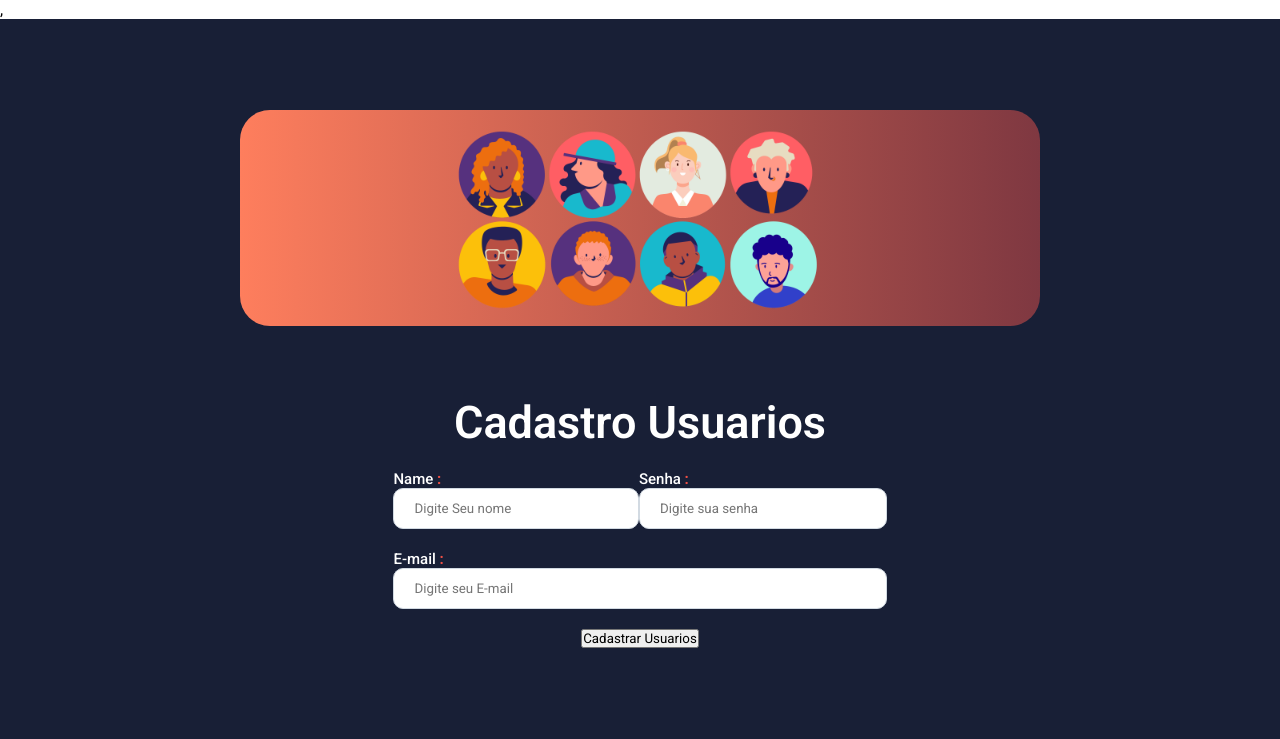
Repository: lcluizrj/meu-projeto-vscode
Page: / (app in cadastro-usuarios-devclub/)
These files come from the project's save history. The page is drawn as it stood at one moment and after a run of saves; the edit follows.
The browser window is 1280 px wide. The pictures show the whole page.
The project was rebuilt for these pictures with package versions that can differ from the ones it lists, and the page was loaded fresh each time. Also part of the build but not shown: cadastro-usuarios-devclub/vite.config.js.

Above is the page before, as saved 2026-08-15 17:27:30.

After the next 5 saves:
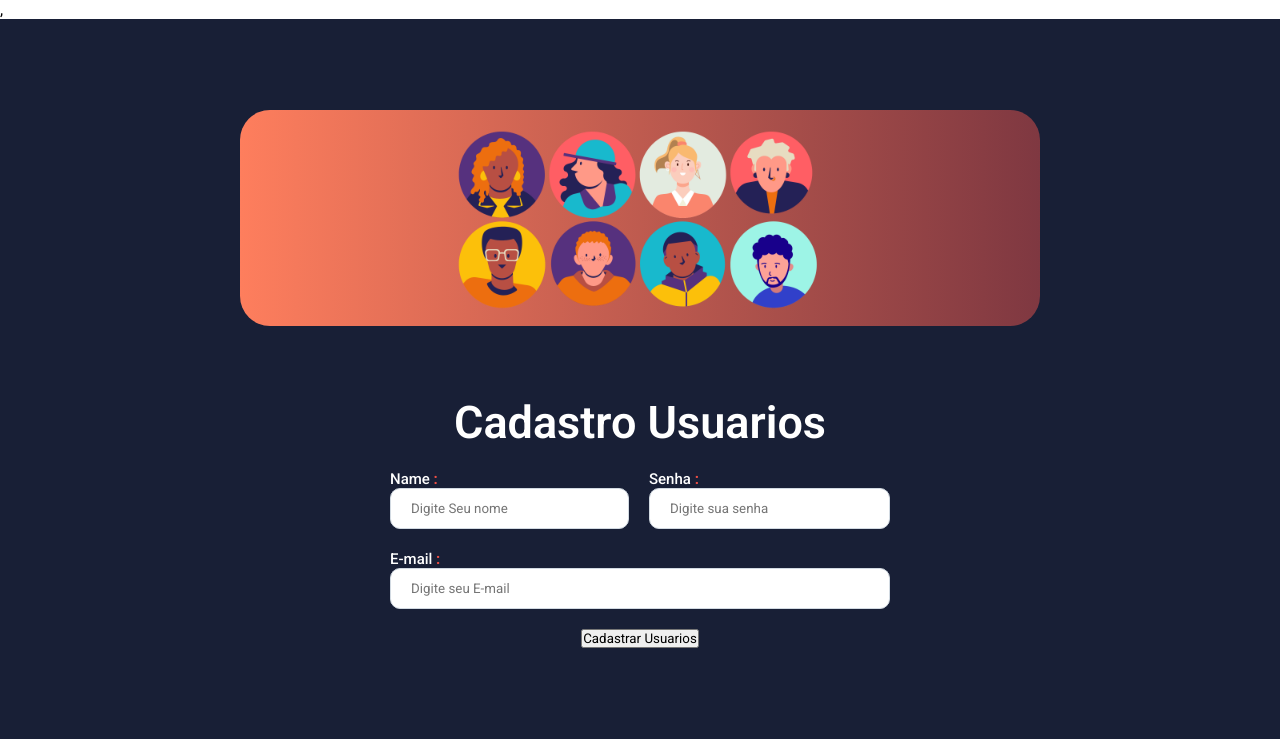
The 5 saves are shown as one change because they came seconds apart.
The last was saved 16 s later.
--- a/cadastro-usuarios-devclub/src/styles.js
+++ b/cadastro-usuarios-devclub/src/styles.js
@@ -45,7 +45,8 @@ export const Title = styled.h2 `
 `
 
 export const ContainerInputs = styled.div`
-display: flex;
+      display: flex;
+      gap: 20px;
 `
 
 export const Input = styled.input`
